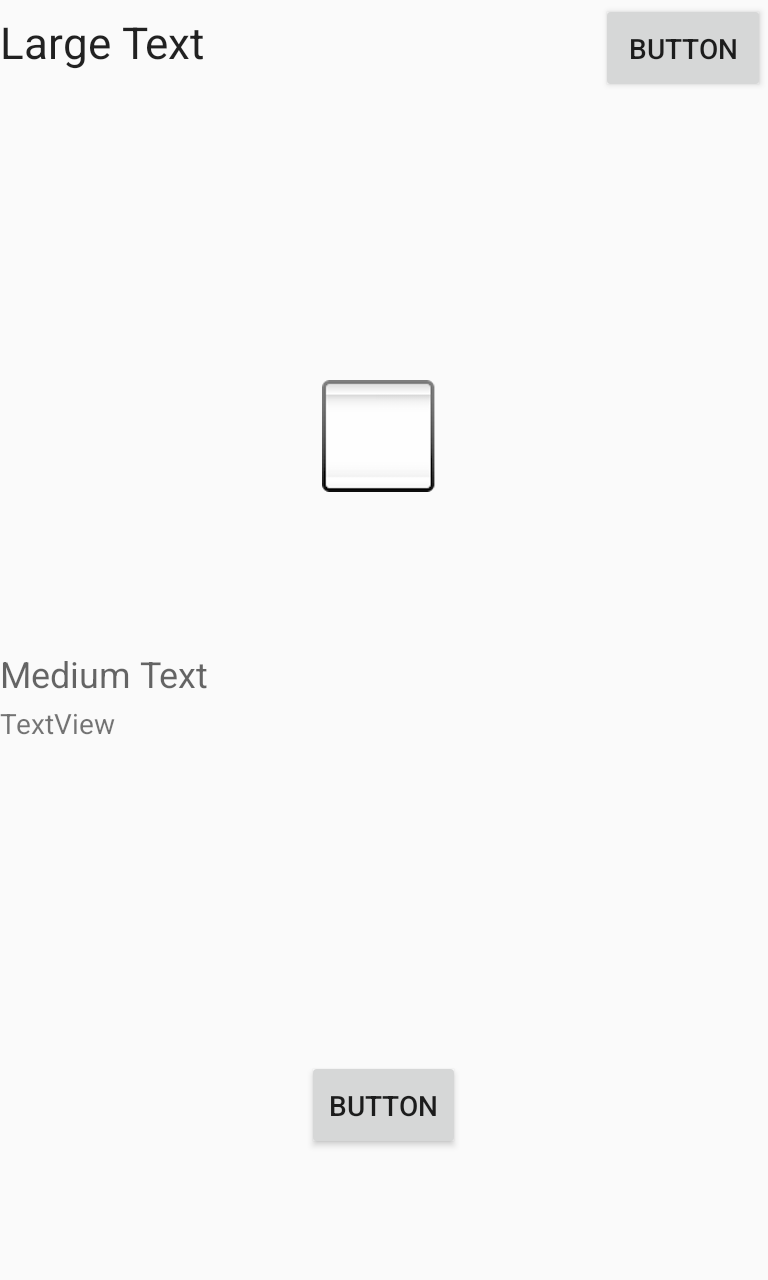
Repository: Prvnpn216/MegaStore
Layout: MarketPlace/marketPlace/res/layout/activity_offerpage.xml
The author's editor kept a copy of each file at every save. The layout is drawn from the files as they stood at one save, then again after the next save.
It is drawn on a 768 x 1280 px phone screen (xhdpi) without system bars, with theme AppTheme; the app's code is not run.

Above is the layout before, as saved 2015-04-16 19:10:34.

### MarketPlace/marketPlace/res/layout/activity_offerpage.xml
<LinearLayout xmlns:android="http://schemas.android.com/apk/res/android"
    android:layout_width="fill_parent"
    android:layout_height="fill_parent"
    android:orientation="vertical" >

    <LinearLayout
        android:layout_width="match_parent"
        android:layout_height="wrap_content"
        android:layout_weight="1" >

        <TextView
            android:id="@+id/textView2"
            android:layout_width="wrap_content"
            android:layout_height="wrap_content"
            android:layout_weight="10"
            android:text="Large Text"
            android:textAppearance="?android:attr/textAppearanceLarge" />

        <Button
            android:id="@+id/button1"
            style="?android:attr/buttonStyleSmall"
            android:layout_width="wrap_content"
            android:layout_height="wrap_content"
            android:layout_weight=".3"
            android:text="Button" />

    </LinearLayout>

    <LinearLayout
        android:layout_width="match_parent"
        android:layout_height="wrap_content"
        android:layout_weight="5"
        android:orientation="vertical" >

        <ImageView
            android:id="@+id/imageView1"
            android:layout_width="wrap_content"
            android:layout_height="wrap_content"
            android:layout_gravity="center_horizontal"
            android:layout_weight=".5"
            android:src="@android:drawable/spinner_background" />

        <TextView
            android:id="@+id/textView3"
            android:layout_width="fill_parent"
            android:layout_height="wrap_content"
            android:layout_weight=".01"
            android:text="Medium Text"
            android:textAppearance="?android:attr/textAppearanceMedium" />

        <ScrollView
            android:id="@+id/textscroll"
            android:layout_width="fill_parent"
            android:layout_height="wrap_content"
            android:layout_weight=".5" >

            <TextView
                android:id="@+id/textView1"
                android:layout_width="fill_parent"
                android:layout_height="wrap_content"
                android:text="TextView" />
        </ScrollView>
    </LinearLayout>

    <LinearLayout
        android:layout_width="match_parent"
        android:layout_height="wrap_content"
        android:layout_weight="1"
        android:orientation="vertical" >

        <Button
            android:id="@+id/button2"
            style="?android:attr/buttonStyleSmall"
            android:layout_width="wrap_content"
            android:layout_height="wrap_content"
            android:layout_gravity="center_horizontal"
            android:text="Button" />
    </LinearLayout>

</LinearLayout>

Loaded but not shown: MarketPlace/marketPlace/res/values/styles.xml (common file); MarketPlace/marketPlace/res/values-v11/styles.xml (common file); MarketPlace/marketPlace/res/values-v14/styles.xml (common file)

After the next save:
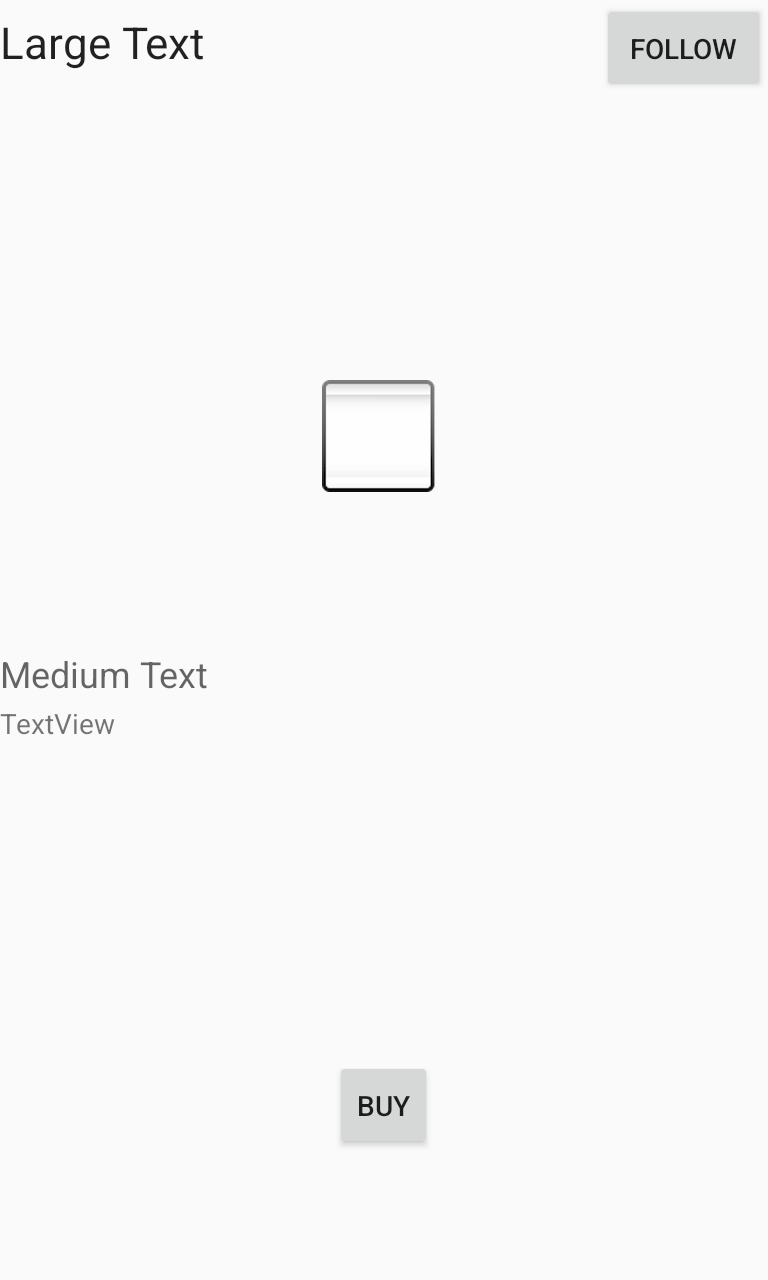
Saved 45 s later.
--- a/MarketPlace/marketPlace/res/layout/activity_offerpage.xml
+++ b/MarketPlace/marketPlace/res/layout/activity_offerpage.xml
@@ -22,7 +22,7 @@
             android:layout_width="wrap_content"
             android:layout_height="wrap_content"
             android:layout_weight=".3"
-            android:text="Button" />
+            android:text="Follow" />
 
     </LinearLayout>
 
@@ -74,7 +74,7 @@
             android:layout_width="wrap_content"
             android:layout_height="wrap_content"
             android:layout_gravity="center_horizontal"
-            android:text="Button" />
+            android:text="Buy" />
     </LinearLayout>
 
 </LinearLayout>
